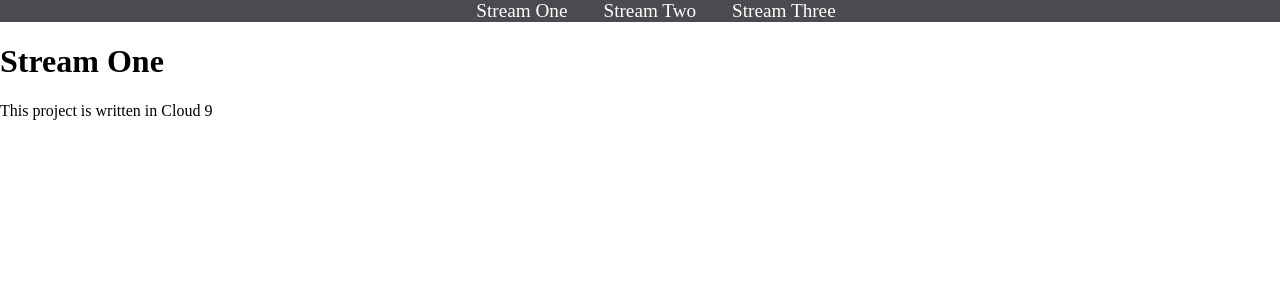
Repository: hidayatmansuri/my-first-website
Page: streamone.html
The author's editor kept a record of every edit. The page is drawn from the files as they stood at one moment, then again after the next edit.
The browser window is 1280 px wide. The pictures show the whole page.

Above is the page before.

After the next edit:
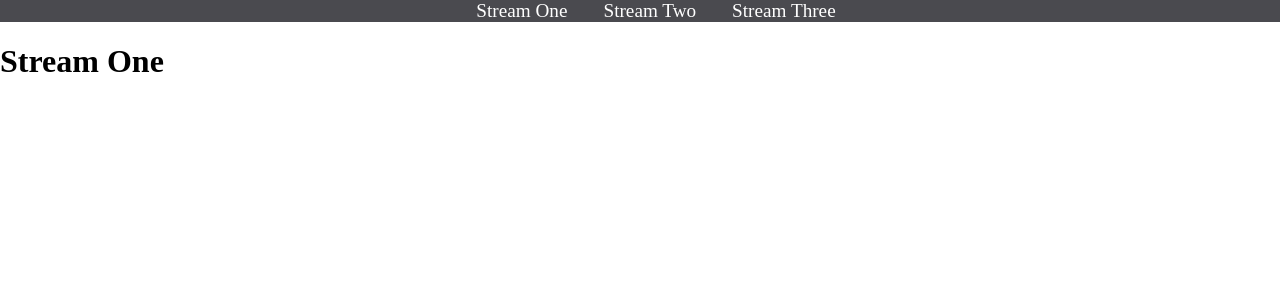
The edit:
--- a/streamone.html
+++ b/streamone.html
@@ -12,7 +12,12 @@
             </ul>
         </nav>
         <h1>Stream One</h1>
-        <p>This project is written in Cloud 9</p>
+        <div class="card">
+            <a href="">
+                <img />
+                <h2></h2>
+            </a>
+        </div>
 
     </body>
 </html>
